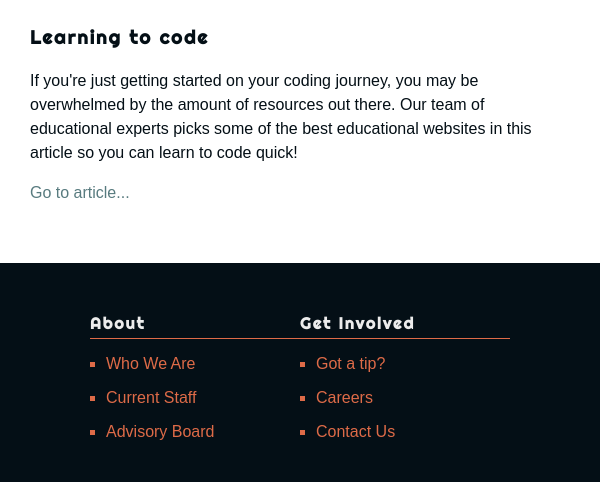
Repository: 10-2-pursuit/lab-css-media-queries
Page: index.html
These files come from the project's save history. The page is drawn as it stood at one moment and after a run of saves; the edit follows.
The browser window is 600 px wide. The pictures show the part of the page from y = 2012 to 2494 px (the page is 2494 px tall before and 2469 px after).

Above is the page before, as saved 2023-06-20 20:10:05.

### index.html
<!DOCTYPE html>
<html lang="en">
  <head>
    <meta charset="UTF-8" />
    <meta http-equiv="X-UA-Compatible" content="IE=edge" />
    <meta name="viewport" content="width=device-width, initial-scale=1.0" />
    <title>Media Queries</title>
    <link rel="stylesheet" href="styles.css" />
  </head>
  <body>
    <header>
      <h1>TekNews</h1>
      <nav>
        <ul>
          <li>
            <a href="#">About</a>
          </li>
          <li>
            <a href="#">Our Process</a>
          </li>
          <li>
            <a href="#">Contact Us</a>
          </li>
        </ul>
      </nav>
    </header>
    <section class="splash">
      <h2>Your place for tech news!</h2>
    </section>
    <main>
      <article>
        <img src="./images/c-d-x-unsplash.jpg" />
        <h3>The best headphones of this year</h3>
        <p>
          Although earbuds are all the rage these days, true audiophiles know
          that nothing can beat a nice pair of headphones. TekNews has reviewed
          all of the latest headphones and we're here to give you our thoughts.
          What we've found may surprise you!
        </p>
        <aside>
          <a href="#">Go to article...</a>
        </aside>
      </article>
      <article>
        <img src="./images/domenico-loia-unsplash.jpg" />
        <h3>The perfect work-from-home setup</h3>
        <p>
          Is your work-from-home setup making you feel blue? If working from
          home is new for you, it's easy to become overwhelmed by decision
          fatigue. In this article, we make it simple and tell you what you
          absolutely <em>need</em> as opposed to what's nice to have.
        </p>
        <aside>
          <a href="#">Go to article...</a>
        </aside>
      </article>
      <article>
        <img src="./images/gilles-lambert-unsplash.jpg" />
        <h3>What exactly is the dark web?</h3>
        <p>
          It seems like everyone has an opinion on the "dark web" these days.
          Just how scary is the dark web? Well, you might be surprised to learn
          that the dark web isn't all it's cracked up to be. In fact, on average
          it's much more boring than you may expect...
        </p>
        <aside>
          <a href="#">Go to article...</a>
        </aside>
      </article>
      <article>
        <img src="./images/j-kelly-brito-unsplash.jpg" />
        <h3>Learning to code</h3>
        <p>
          If you're just getting started on your coding journey, you may be
          overwhelmed by the amount of resources out there. Our team of
          educational experts picks some of the best educational websites in
          this article so you can learn to code quick!
        </p>
        <aside>
          <a href="#">Go to article...</a>
        </aside>
      </article>
    </main>
    <footer>
      <section>
        <h4>About</h4>
        <ul>
          <li>
            <a href="#">Who We Are</a>
          </li>
          <li>
            <a href="#">Current Staff</a>
          </li>
          <li>
            <a href="#">Advisory Board</a>
          </li>
        </ul>
      </section>
      <section>
        <h4>Get Involved</h4>
        <ul>
          <li>
            <a href="#">Got a tip?</a>
          </li>
          <li>
            <a href="#">Careers</a>
          </li>
          <li>
            <a href="#">Contact Us</a>
          </li>
        </ul>
      </section>
    </footer>
  </body>
</html>

### styles.css
/*
  Google Fonts
  https://fonts.google.com/specimen/Righteous
*/
@import url("https://fonts.googleapis.com/css2?family=Righteous&display=swap");

/* General styles */

html,
body {
  margin: 0;
  padding: 0;
}

html {
  color: #040f16;
  font-family: Arial, Helvetica, sans-serif;
  font-size: 16px;
}

h1,
h2,
h3,
h4,
h5,
h6 {
  font-family: Righteous, serif;
  letter-spacing: 2px;
}


/* Header */

header {
  background: #040f16;
  border-bottom: 5px solid #de6b48;
  color: #ececec;
  padding: 0.5rem 15%;
  text-align: center;

  display: grid;
  grid-template-columns: repeat(1, 1fr);
}

header h1 {
  margin: 15px 0;
}

nav ul {
  padding: 15px 15px;

  display: grid;
  grid-template-columns: repeat(3, 1fr);
}

nav ul li {
  display: inline-block;
  margin: 0 0.5rem;
}

nav a {
  color: #ececec;
  text-decoration: none;
}

nav a:hover {
  color: #de6b48;
}

/*
  Splash
  Images from Unsplash: https://unsplash.com/
*/

.splash {
  background-image: url("./images/ales-nesetril-unsplash.jpg");
  background-position: 50% 50%;
  background-size: 100%;
  border-bottom: 5px solid #de6b48;
  display: none;
}

.splash h2 {
  color: #ececec;
  font-size: 5rem;
  margin: 0;
  padding: 20vh 0;
  text-align: center;
}

/* Main */

main {
  margin: 3rem auto;

  width: 90%;

  display: grid;
  grid-template-columns: repeat(2, 1fr);
  gap: 1rem 3rem;
}

/* Articles */

article {
  line-height: 1.5rem;
}

article img {
  border-radius: 15px;
  height: 250px;
  object-fit: cover;
  object-position: 50% 50%;
  width: 100%;
}

aside {
  padding-bottom: 10px;
}

aside a {
  color: #587b7f;
  text-decoration: none;
}

aside a:hover {
  color: #de6b48;
}

/* Footer */

footer {
  background: #040f16;
  color: #ececec;
  padding: 50px 15% 25px;

  display: grid;
  grid-template-columns: repeat(2, 1fr);
}

footer h4 {
  border-bottom: 1px solid #de6b48;
  margin: 0;
  max-width: 250px;
  padding-bottom: 5px;
}

footer ul {
  color: #de6b48;
  list-style: square;
  padding-left: 1rem;
}

footer ul li {
  margin: 1rem 0;
}

footer a {
  color: #de6b48;
  text-decoration: none;
}

footer a:hover {
  color: #ececec;
}

/* Media queries */

@media (min-width: 768px) and (max-width: 1279px) {

  .splash {
    display: none;
  }

  main {
    width: 90%;
  }

  footer {
    display: grid;
    grid-template-columns: repeat(2, 1fr);
  }

}

@media (max-width: 767px)  {

  header {
    display: grid;
    grid-template-columns: repeat(1, 1fr);
  }

  main {
    display: grid;
    grid-template-columns: repeat(1, 1fr);
    row-gap: 50px;
    column-gap: 0px;
  }

  footer {
    padding: 2;
  }


}

After the next 2 saves:
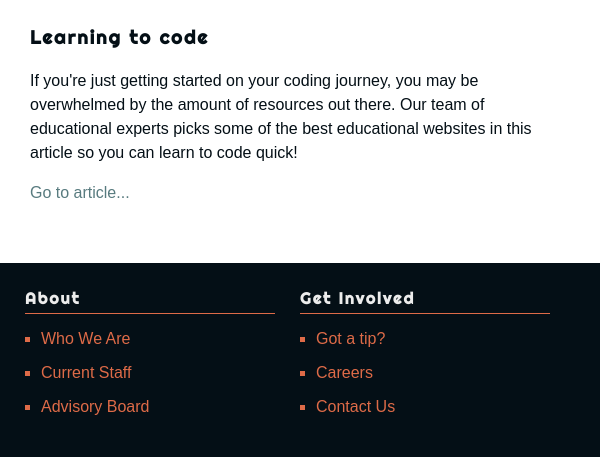
The 2 saves are shown as one change because they came seconds apart.
The last was saved 8 s later.
--- a/styles.css
+++ b/styles.css
@@ -198,8 +198,8 @@ footer a:hover {
   }
 
   footer {
-    padding: 2;
-  }
-
-
-}
+    padding: 25px;
+  }
+
+
+}
